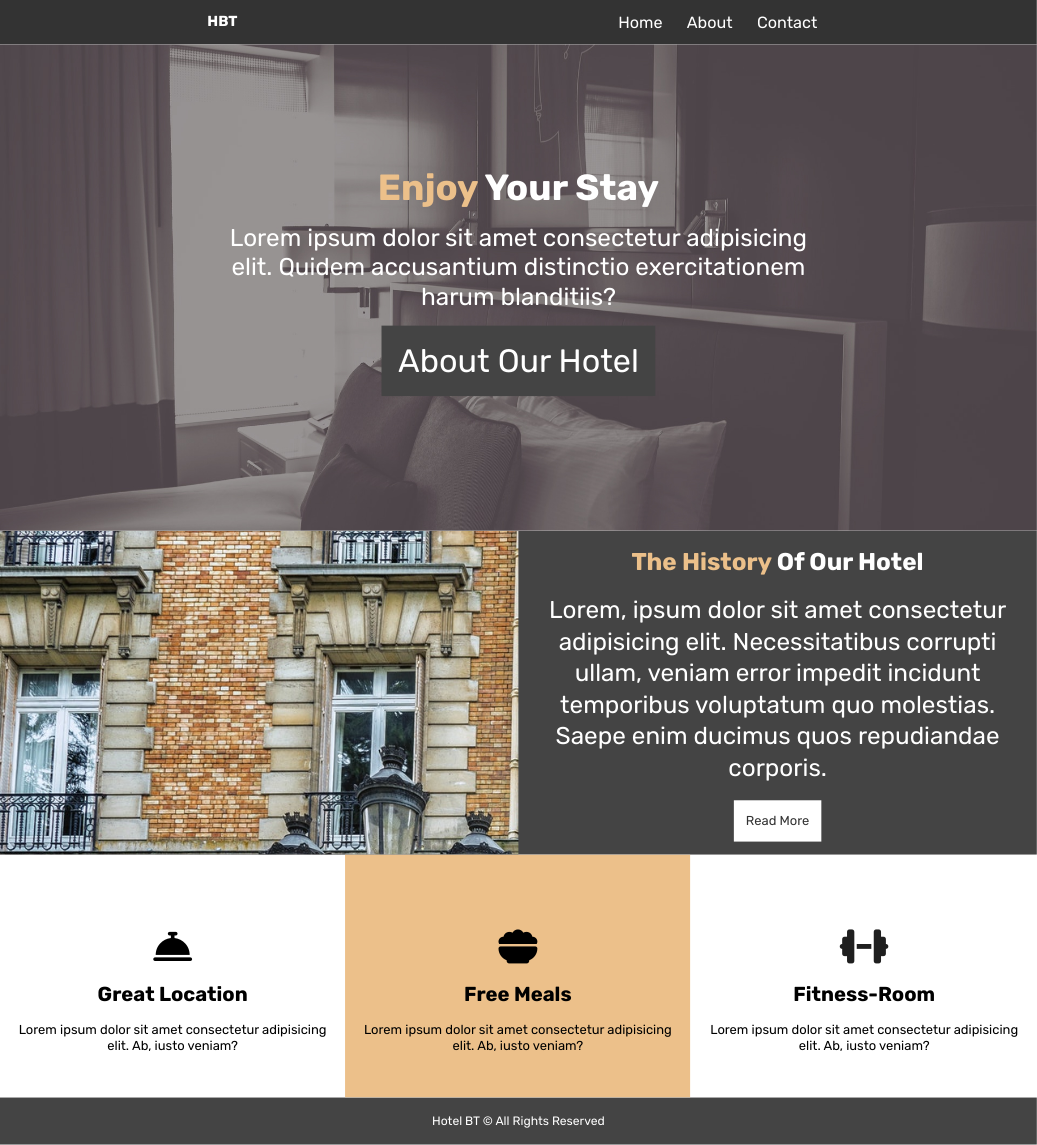
Repository: reemoon-ctrl/35---hotel-website
Page: index.html
The author's editor kept a copy of each file at every save. The page is drawn from the files as they stood at one save, then again after the next save.
The browser window is 1280 px wide. The pictures show the whole page, at 81% of full size.
Some web libraries are served in a nearby version.

Above is the page before, as saved 2024-07-24 19:45:09.

### index.html
<!DOCTYPE html>
<html lang="en">
<head>
    <meta charset="UTF-8">
    <meta name="viewport" content="width=device-width, initial-scale=1.0">
    <title>HBT| hotel website</title>
    <link rel="stylesheet" href="index.css"/>
    <style>
    @import url('https://fonts.googleapis.com/css2?family=Rubik:ital,wght@0,300..900;1,300..900&display=swap');

    </style>
    <script src="https://kit.fontawesome.com/6132f3c84f.js" crossorigin="anonymous"></script>

</head>
<body>
    <header>
        <ul class="nav-bar">
            <li class="title"><a href="">HBT</a></li>
            <div class="bag-nav-row" >
            <li class="bag-nav"><a href="contact.html">Contact</a></li>
            <li class="bag-nav"><a href="about.html">About</a></li>
            <li class="bag-nav"><a href="index.html">Home</a></li>
            </div>
        </ul>

    </header>

    <header class="mainheader" >
        <div class="mainheadertxt">
            <h1><span class="fword">Enjoy</span> Your Stay</h1>
            <p>Lorem ipsum dolor sit amet
                consectetur adipisicing elit.
                Quidem accusantium distinctio
                exercitationem harum blanditiis?
            </p>
            <a href="about.html" >About Our Hotel</a>
        </div>
    </header>

    <main class="main-content">
        <div class="hotelimg"></div>
        <div class="hotel-disc">
            <h3><span class="fword">The History </span>Of Our Hotel</h3>
            <p>Lorem, ipsum dolor sit amet consectetur adipisicing elit. Necessitatibus corrupti ullam, veniam error impedit incidunt temporibus voluptatum quo molestias. Saepe enim ducimus quos repudiandae corporis.</p>
            <a href="about.html">Read More</a>
        </div>

    </main>

    <aside class="aside-bar">
        <ul >
            <div class="ul">
                <div class="fli" ><i class="fa-solid fa-bell-concierge fa-3x"></i> <li ><h4>Great Location</h4>
                    <p>Lorem ipsum dolor sit amet consectetur adipisicing elit. Ab, iusto veniam?</p>

                </li></div>
                <div class="sli"><li > <i class="fa-sharp-duotone fa-solid fa-bowl-food fa-3x" style="--fa-primary-color: #1f1f1f; --fa-secondary-color: #1f1f1f;"></i><h4>Free Meals</h4>
                    <p>Lorem ipsum dolor sit amet consectetur adipisicing elit. Ab, iusto veniam?</p>

                </li></div>
                <div class="thli"><li ><i class="fa-solid fa-dumbbell fa-3x" style="color: #1f1f1f;"></i><h4 >Fitness-Room</h4>
                    <p>Lorem ipsum dolor sit amet consectetur adipisicing elit. Ab, iusto veniam?</p>

                </li></div>
            </div>
        </ul>
    </aside>

    <footer>
        <p>Hotel BT &copy; All Rights Reserved</p>

    </footer>

</body>
</html>

### index.css
*{
    padding: 0px;
    margin: 0px;
    box-sizing: border-box;
    font-family: "Rubik", sans-serif;
    font-optical-sizing: auto;




}
.nav-bar{
    list-style:none;
    overflow: auto;
    /* clear:both; */
    background: #333333;
    font-size: 20px;
    text-align: center;
    height: 55px;

}

.bag-nav-row{
    margin-right: 20%;
}
.title{
    float: left;
    margin-left: 20%;
    font-weight: bold;
    font-size:18px ;

    text-align: center;
    padding:15px 0px;

}
.title  a{
    text-decoration: none;
    color:#fff;
}


.bag-nav{
    float: right;
    font-size: 20px;


}
.bag-nav-row li a{
    text-decoration: none;
    padding: 15px;
    display: inline-block;
    color: #fff;
}

.bag-nav-row li a:hover{
    background: #444444;
    color:#ecc08a;
}
.bag-nav-row li a:active{
    background: #444444;
    color:#ecc08a;
}


.mainheader{
    background-image: url("img/showcase.jpg") ;
    background-color: #cccccc;
    height:600px;
    background-position: center;
    background-repeat: no-repeat;
    background-size:cover;
    position: relative;
}
.mainheadertxt{
    /* margin: auto; */
    padding: 150px 20%;
    position:relative;
    text-align: center;
    /* margin-top: 20px; */
    color:#fff;
}
.mainheadertxt h1{
    font-size:45px;

}

.mainheadertxt p{
    margin:18px;
    font-size: 30px;
}
.mainheadertxt a{
    position:relative;
    display: block;
    width: fit-content;
    background: #444444;
    text-decoration:none ;
    color: #fff;
    top:50%;
    margin-top: 30px;
    margin: auto;
    font-size: 40px;

    padding: 20px;
}
.mainheadertxt a:hover{
    background: #ecc08a;
    cursor: pointer;
    color:#333333;

}
.fword{
    color:#ecc08a
}
.main-content{
    width:100%;
    height:400px;
    overflow: auto;
    background: #444444;
    color: #fff;
}
.hotelimg{
    width:50%;
    float:left;

    min-height:100% ;
    background: url('img/photo-1.jpg') no-repeat;
}
.hotel-disc{
    /* padding-top: 100px; */
    padding:20px 10px;
    width:50%;
    height:40px;
    float:right;
    text-align: center;
    /* margin-top:px; */
    line-height: 1.3;
    /* padding:20px; */

}
.hotel-disc h3{
    font-size: 30px;
    /* font-size: xx-large; */
    margin-bottom: 20px;
}
.hotel-disc a{
    position:relative;
    display: block;
    width: fit-content;
    text-decoration:none ;
    color: #333333;
    padding: 15px;
    margin:auto;
    margin-top: 20px;
    background: #fff;

}
.hotel-disc a:hover{
    background: #ecc08a;
}
.hotel-disc p{
    font-size: 30px;
}

.aside-bar{
    height: 300px;
    overflow: auto;
    clear:both;

}
.ul{
    list-style: none;
    text-align: center;
    margin:auto;
    height:300px;
}
.fli{
    padding: 60px;
    margin: auto;
    float: left;
    width:33.3%;
    height: 300px;
    padding: 90px 20px;
}
.fli h4{
    font-size: 25px;
    margin-bottom: 20px;
    margin-top: 20px;
}
.sli h4{
    margin-top: 20px;
    font-size: 25px;
    margin-bottom: 20px;
}
.thli h4{
    margin-top: 20px;
    font-size: 25px;
    margin-bottom: 20px;
}
.sli{
    float:left;
    width:33.3%;
    background-color:#ecc08a;
    height: 300px;
    padding: 90px 20px;

}
.thli{
    float:right;
    width:33.3%;
    height: 300px;
    margin: auto;
    height: 300px;
    padding: 90px 20px;
}

footer p{
    text-align: center;
    font-size: 15px;
    color: #fff;
    background: #444444;
    padding: 20px;
}

/* ///////////////about website////////////////// */
.s-header{
    overflow: auto;
    clear: both;
    margin: auto;
    margin: 50px 20%;
    /* height: 500px; */
}
.header-content{
    float:left;
    width:40%;

}
.header-content h1{
    font-size: 50px;
}
.header-content p{
    font-size: 28px;
    margin-top: 20px;
    line-height: 1.3;
}
.hotel-img2{
    height:400px;
    width: 40%;
    float: right;
    border-radius:50%;
}
.comment{
    overflow: auto;
    background:#ecc08a;
    margin: 20px 20%;
    border-radius: 20px;

}
.aside-content{
    background-image: url(img/test-bg.jpg) ;
    background-color: #cccccc;
    height:900px;
    background-position: center;
    background-repeat: no-repeat;
    background-size: cover;
    position: relative;
    width: 100%;



}
.aside-content h1{
    margin: 20px 20%;
    text-align: center;
    color: #FFF;
    font-size: 50px;
    padding-top: 100px;
    padding-bottom: 50px;

}
.comment img{
    padding-top: 30px;
width:200px ;
height:200px ;
border-radius: 200px;
float: left;
padding-right: 20px;
padding-left: 20px;
margin-bottom: 50px;
}
.comment p{
padding-top: 70px;
font-size: 28px;
color: #333333;


}
/* ///////////////about style///////////// */
form h1{
    margin-bottom: 20px;
    font-size: 50px;

}
form p{
    font-size: 25px;

}

.form-label label{
    display: block;

}
.form-label input{
    width:100%;
    padding:10px;
    font-size: 28px;
    border:#ddd solid 1px;
    /* border: 3px solid #ccc; */
    -webkit-transition: 0.5s;
    transition: 0.5s;
    outline: none;

}
.form-label input[type=text]:focus{
    border: 2px solid #ecc08a;
}
.form-label{
    font-size: 35px;
    margin-top: 20px;
}
.submit-input:hover{
    border: 2px solid #ecc08a;
    background: #ecc08a;
    color:#444444;
}
textarea{
    width: 100%;
    height: 250px;
    padding: 12px 20px;
    box-sizing: border-box;
    border: 1px solid #ddd;
    border-radius: 4px;
    /* background-color: #f8f8f8; */
    resize:none;
    font-size: 20px;
    -webkit-transition: 0.5s;
    transition: 0.5s;
    outline: none;

}
textarea:focus{
    border: 2px solid #ecc08a;
}
.submit-input{
 padding: 20px;
 /* text-align: center; */
 width:200px;
 cursor: pointer;
 margin: 30px 0px;
 background: #333333;
 color: #FFF;
 font-size: 20px;


}
.form-container{
    margin: 40px 20%;
    height:800px;
}
.fli-about{
    padding: 60px;
    margin: auto;
    float: left;
    width:33%;
    height: 300px;
    padding: 90px 20px;
    color:#ddd;
}
.fli-about h4{
    font-size: 35px;
    margin-bottom: 20px;
}
.fli-about p{
    font-size: 28px;
}
.sli-about h4{
    font-size: 35px;
    margin-bottom: 20px;
}
.sli-about p{
    font-size: 28px;
}
.thli-about h4{
    font-size: 35px;
    margin-bottom: 20px;
}
.thli-about p{
    font-size: 28px;
}
.sli-about{
    float:left;
    width:33%;
    color: #ddd;
    height: 300px;
    padding: 90px 20px;

}
.thli-about{
    float:right;
    width:33%;
    height: 300px;
    margin: auto;
    height: 300px;
    padding: 90px 20px;
    background: #333333;
    color: #ddd;
}
.ul-about{
    list-style: none;
    text-align: center;
    margin:auto;
    height:300px;
    background: #333333;
}

After the next save:
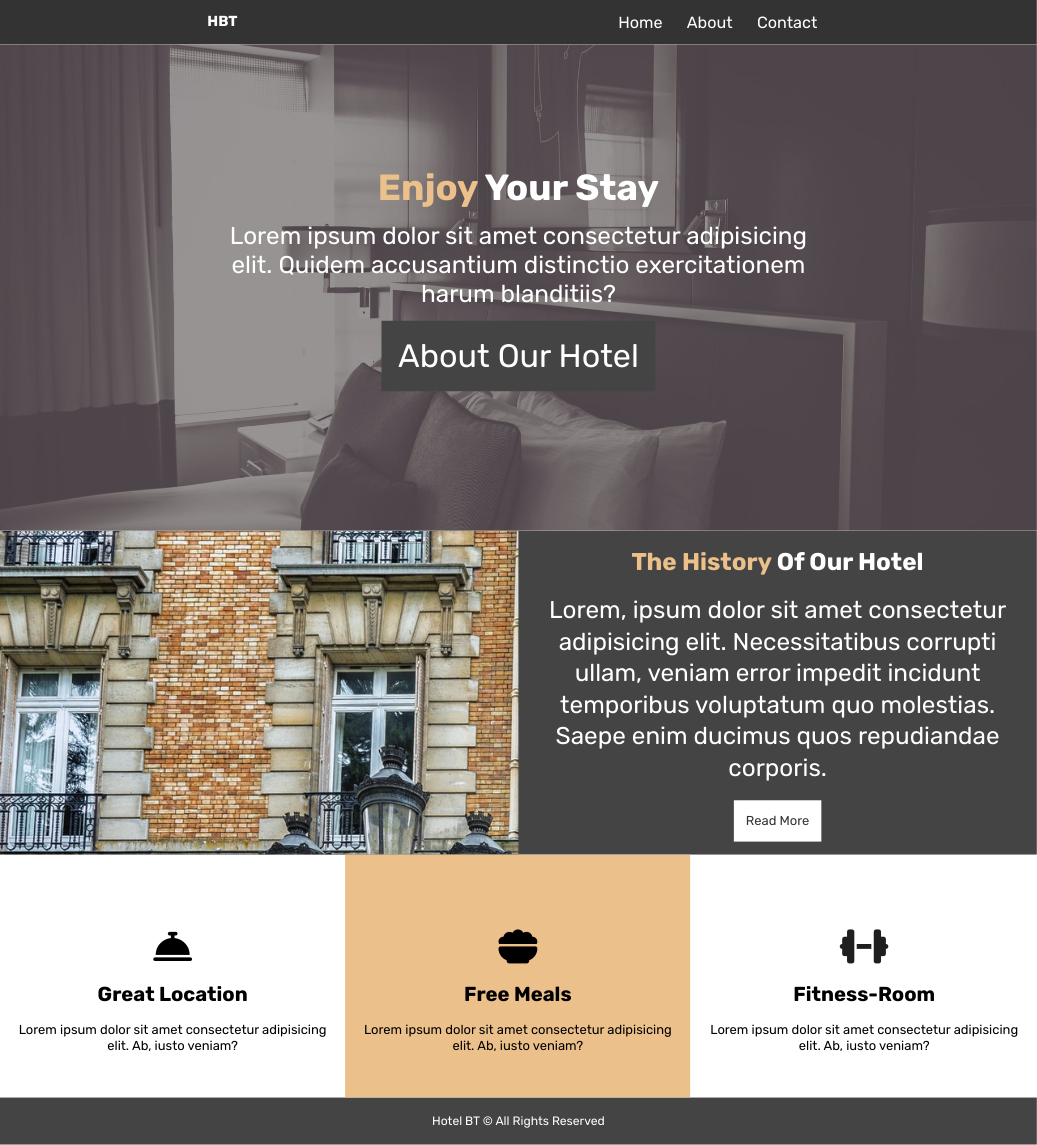
Saved 4 s later.
--- a/index.css
+++ b/index.css
@@ -85,7 +85,7 @@
 }
 
 .mainheadertxt p{
-    margin:18px;
+    margin:15px;
     font-size: 30px;
 }
 .mainheadertxt a{
